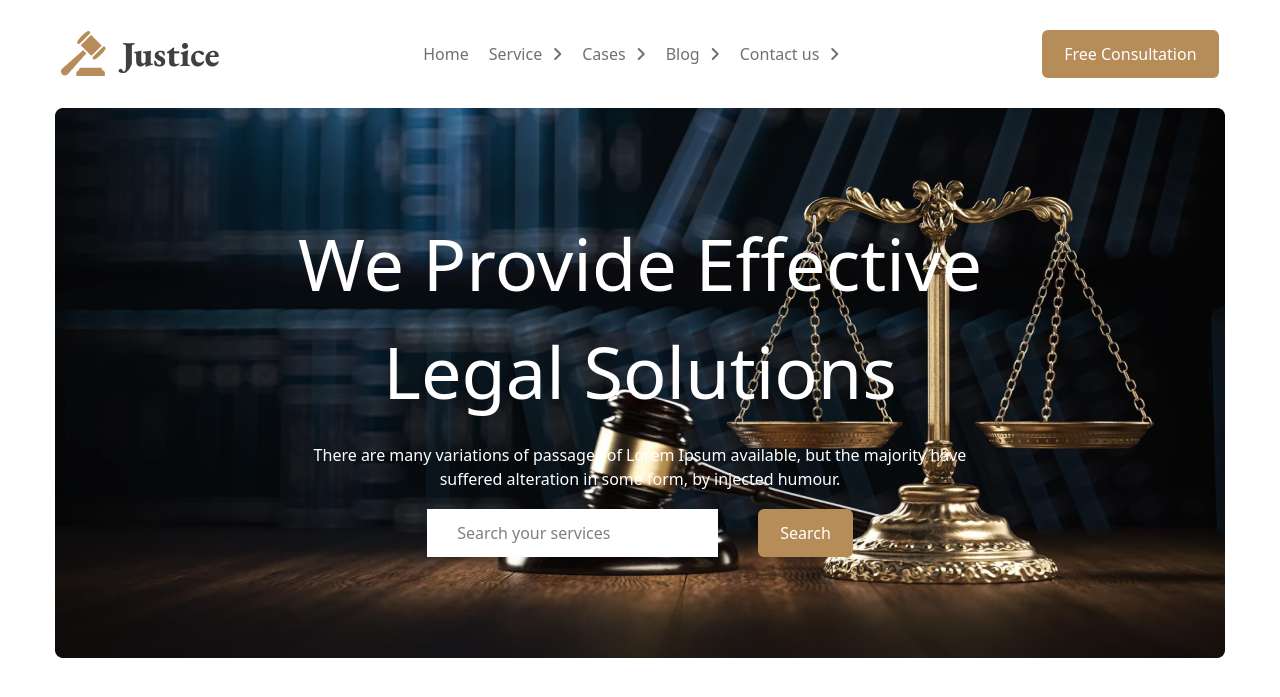
Repository: nahid-hasann/website-6
Page: index.html
The author's editor kept a copy of each file at every save. The page is drawn from the files as they stood at one save, then again after the next save.
The browser window is 1280 px wide. The pictures show the whole page.

Above is the page before, as saved 2025-07-20 22:51:44.

After the next save:
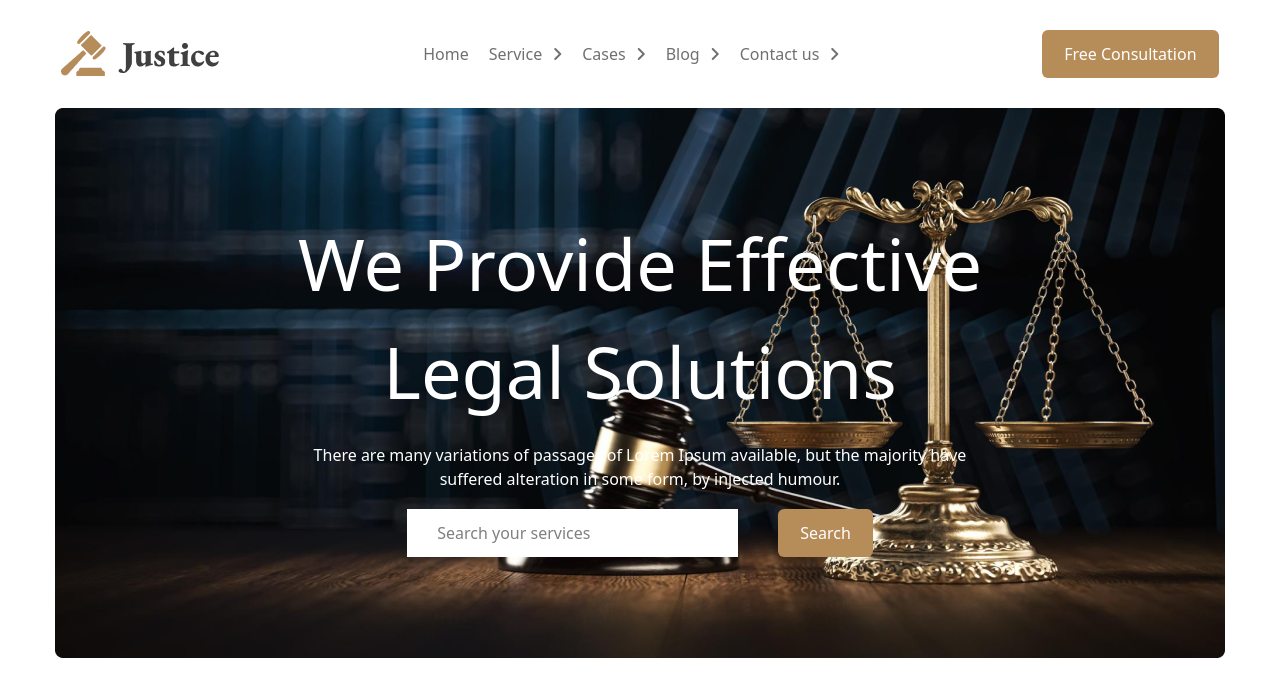
Saved 6 s later.
--- a/index.html
+++ b/index.html
@@ -35,7 +35,7 @@
          <h1 class="text-[72px] text-center text-white">We Provide Effective <br> Legal Solutions</h1>
        <p class="my-[18px] text-center text-white">There are many variations of passages of Lorem Ipsum available, but the majority have suffered alteration in some form, by injected humour.</p>
        <div class="flex justify-center gap-[40px]">
-        <input class="bg-white py-[12px] px-[30px] pr-[30px]" type="text" name="" placeholder="Search your services" id="">
+        <input class="bg-white py-[12px] px-[30px] pr-[70px]" type="text" name="" placeholder="Search your services" id="">
         <button class="bg-[#b68c59] py-[12px] px-[22px] text-white rounded-md" >Search</button>
        </div>
       </div>
